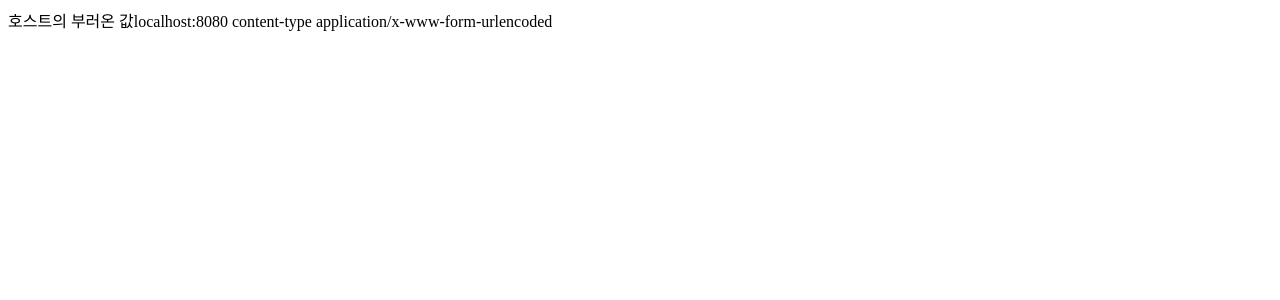
Repository: hodob/JSP_Practice
Page: http://localhost/JSP_WebMarket_JJH/ch05_ex/ex1.jsp
These files come from the project's save history. The page is drawn as it stood at one moment and after the next save; the edit follows.
The browser window is 1280 px wide. The pictures show the whole page.
The page is served by Tomcat 9. Other server files are loaded and not shown.

Above is the page before, as saved 2022-08-10 01:42:23.

### JSP_WebMarket_JJH/WebContent/ch05_ex/ex1.jsp
<%@ page language="java" contentType="text/html; charset=UTF-8"
    pageEncoding="UTF-8"%>
<!DOCTYPE html>
<html>
<head>
<meta charset="UTF-8">
<title>Insert title here</title>
</head>
<body>
<!-- <form action="ex2.jsp" method="post">
<p>이름 		: 	<input type="text" name = "name">
<p>아이디 	: 	<input type="text" name = "id1234">
<p>비번 		: 	<input type="text" name = "passwd">
<p>아이디 	:	<input type = "submit" value="전송">
</form> -->

<%
String hostValue = request.getHeader("host");
String ctValue = request.getHeader("content-type");
%>
호스트의 부러온 값<%= hostValue %>
content-type <%=ctValue %>



</body>
</html>

After the next save:
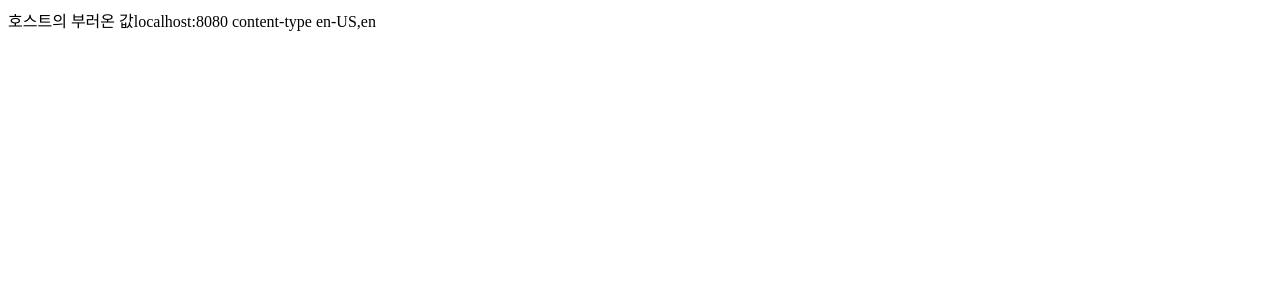
Saved 90 s later.
--- a/JSP_WebMarket_JJH/WebContent/ch05_ex/ex1.jsp
+++ b/JSP_WebMarket_JJH/WebContent/ch05_ex/ex1.jsp
@@ -16,7 +16,7 @@
 
 <%
 String hostValue = request.getHeader("host");
-String ctValue = request.getHeader("content-type");
+String ctValue = request.getHeader("accept-language");
 %>
 호스트의 부러온 값<%= hostValue %>
 content-type <%=ctValue %>
